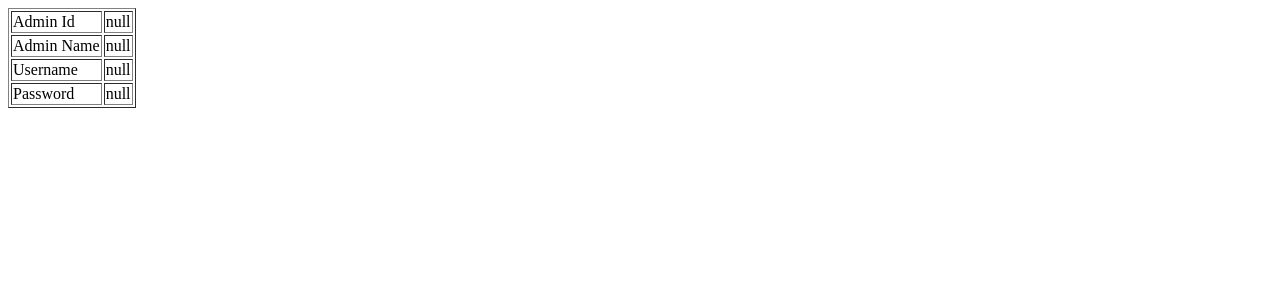
Repository: vishaltawar/J2EE-WEJE-2
Page: http://localhost/studentapp/AdminRegistrationDB.jsp
An editor plug-in stored every save of this project. The page is shown before and after the next save, followed by the edit.
The browser window is 1280 px wide. The pictures show the whole page.
The page is served by Tomcat 9.

Above is the page before, as saved 2022-12-25 16:43:27.

### studentapp/src/main/webapp/AdminRegistrationDB.jsp
<%@page import="java.sql.DriverManager"%>
<%@page import="java.sql.Connection"%>
<%@page import="java.sql.PreparedStatement"%>
<%@page import="java.io.IOException"%>
<%@page import="java.sql.SQLException"%>
<%@page import="javax.servlet.ServletException"%>
<%@page import="javax.servlet.annotation.WebServlet"%>
<%@page import="javax.servlet.http.HttpServlet"%>
<%@page import="javax.servlet.ServletException"%>
<%@ page language="java" contentType="text/html; charset=UTF-8"
	pageEncoding="UTF-8"%>

<%!Connection connection;
	PreparedStatement statement;
	int result = 0;%>

<%
try {
%>
<%
Class.forName("com.mysql.cj.jdbc.Driver");
connection = DriverManager.getConnection("jdbc:mysql://localhost:3306/studentapp", "root", "root");
String query = "insert into studentadmin values(?,?,?,?)";
statement = connection.prepareStatement(query);
statement.setString(1, request.getParameter("id"));
statement.setString(2, request.getParameter("name"));
statement.setString(3, request.getParameter("username"));
statement.setString(4, request.getParameter("password"));
int result = statement.executeUpdate();
%>

<%
if (result != 0) {
%>
<h1><%=result + " Record Successfully Saved In Database."%></h1>
<%
}
%>
<%
} catch (ClassNotFoundException e) {
%>
<%=e%>
<%
} catch (SQLException e) {
%>
<%=e%>
<%
} finally {
if (connection != null) {
	try {
		connection.close();
	} catch (SQLException e) {
%>
<%=e%>
<%
}
}
if (statement != null) {
try {
statement.close();
} catch (SQLException e) {
%>
<%=e%>
<%
}
}
}
%>

<!DOCTYPE html>
<html>
<head>
<meta charset="UTF-8">
<title>Admin Registration Details</title>
</head>
<body>
	<table border="1px solid">
		<tr>
			<td>Admin Id</td>
			<td><%=request.getParameter("id")%></td>
		</tr>
		<tr>
			<td>Admin Name</td>
			<td><%=request.getParameter("name")%></td>
		</tr>
		<tr>
			<td>Username</td>
			<td><%=request.getParameter("username")%></td>
		</tr>
		<tr>
			<td>Password</td>
			<td><%=request.getParameter("password")%></td>
		</tr>
	</table>

</body>
</html>

After the next save:
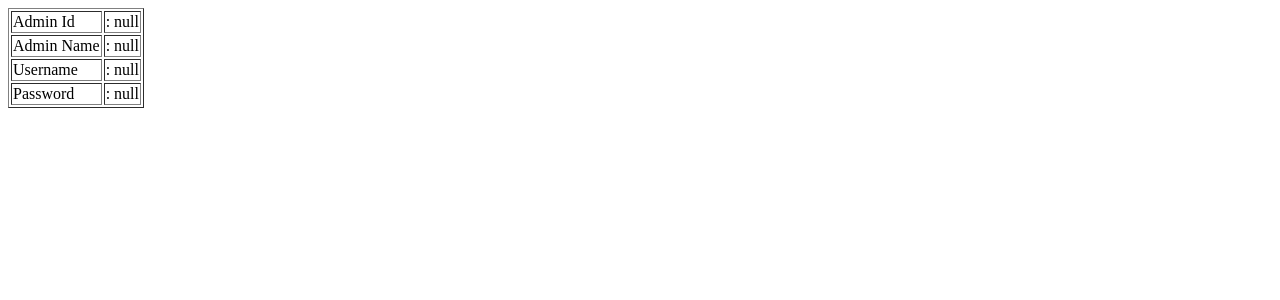
Saved 23 s later.
--- a/studentapp/src/main/webapp/AdminRegistrationDB.jsp
+++ b/studentapp/src/main/webapp/AdminRegistrationDB.jsp
@@ -77,19 +77,19 @@
 	<table border="1px solid">
 		<tr>
 			<td>Admin Id</td>
-			<td><%=request.getParameter("id")%></td>
+			<td>: <%=request.getParameter("id")%></td>
 		</tr>
 		<tr>
 			<td>Admin Name</td>
-			<td><%=request.getParameter("name")%></td>
+			<td>: <%=request.getParameter("name")%></td>
 		</tr>
 		<tr>
 			<td>Username</td>
-			<td><%=request.getParameter("username")%></td>
+			<td>: <%=request.getParameter("username")%></td>
 		</tr>
 		<tr>
 			<td>Password</td>
-			<td><%=request.getParameter("password")%></td>
+			<td>: <%=request.getParameter("password")%></td>
 		</tr>
 	</table>
 
